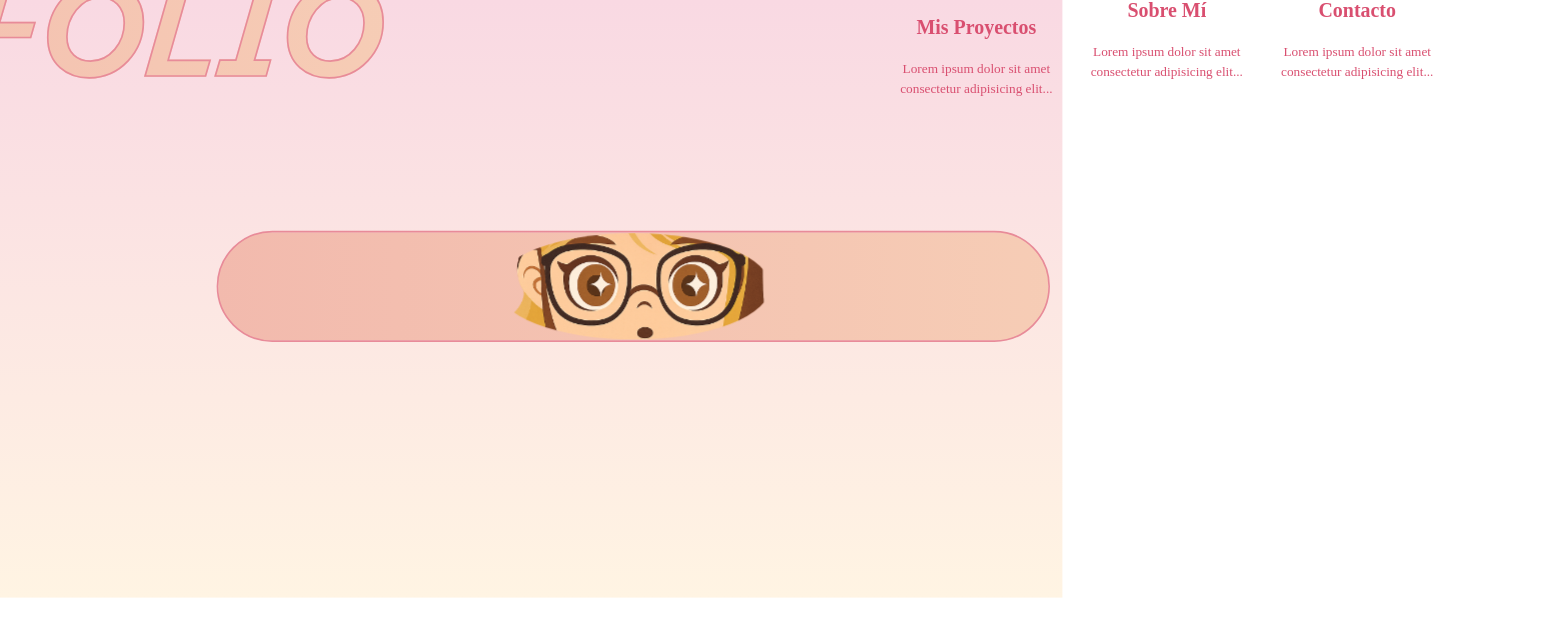
Repository: cflorido/Portafolio
Page: /
The author's editor kept a copy of each file at every save. The page is drawn from the files as they stood at one save, then again after the next save.
The browser window is 1280 px wide. The page is 1750 px wide, then 1887 px, then 1750 px, so the pictures cover 1887 px, including what lies to the right of the window. The pictures show the whole page, at 83% of full size.
Some web fonts or font styles are not loaded; a fallback is used. The project was rebuilt for these pictures with package versions that can differ from the ones it lists, and the page was loaded fresh each time. Also part of the build but not shown: vite.config.ts.

Above is the page before, as saved 2025-09-03 20:00:14.

After the next save:
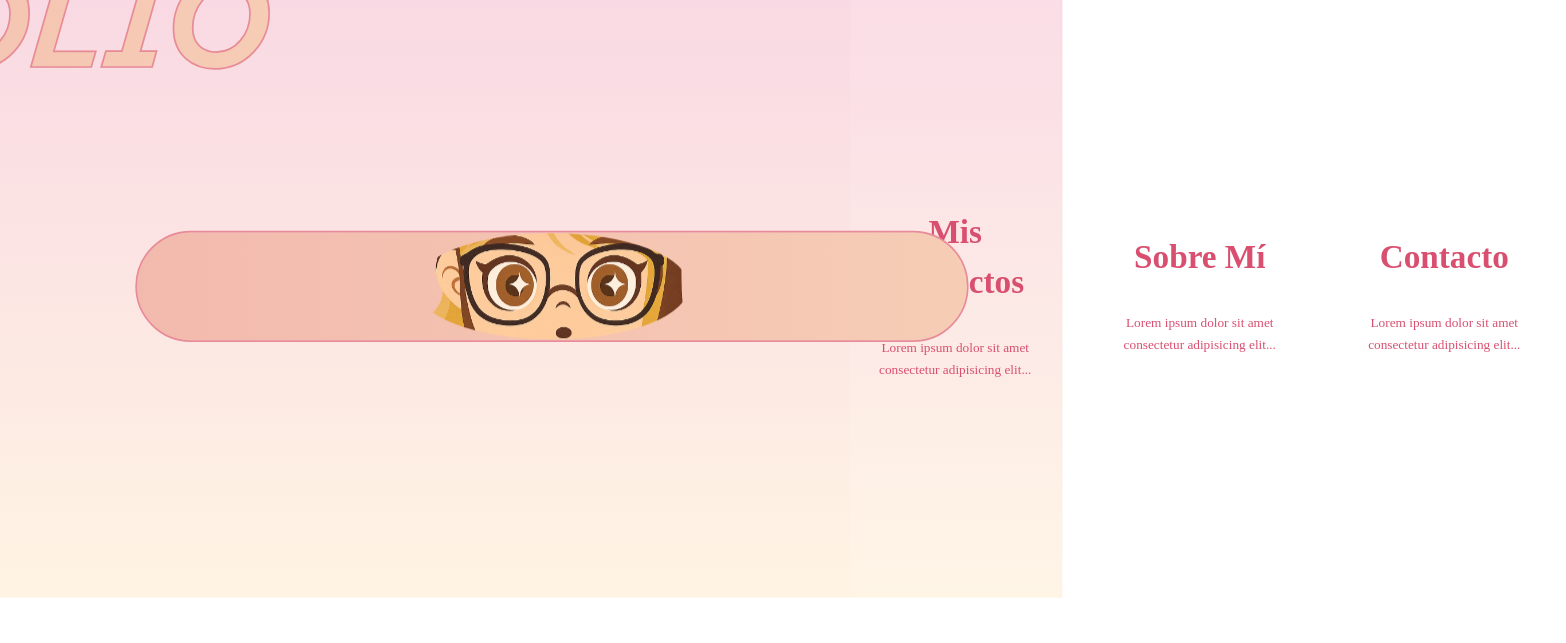
Saved 13 s later.
--- a/src/App.css
+++ b/src/App.css
@@ -237,3 +237,24 @@
 .dynamic-header.visible {
   transform: translateY(0);
 }
+
+section {
+  display: flex;
+  flex-direction: column;
+  justify-content: center;
+  align-items: center;
+  text-align: center;
+  background: rgba(255, 255, 255, 0.1);
+  border-radius: 20px;
+  margin: 20px;
+}
+
+section h2 {
+  font-size: 2.5rem;
+  margin-bottom: 20px;
+}
+
+section p {
+  max-width: 600px;
+  line-height: 1.6;
+}

After the save that followed:
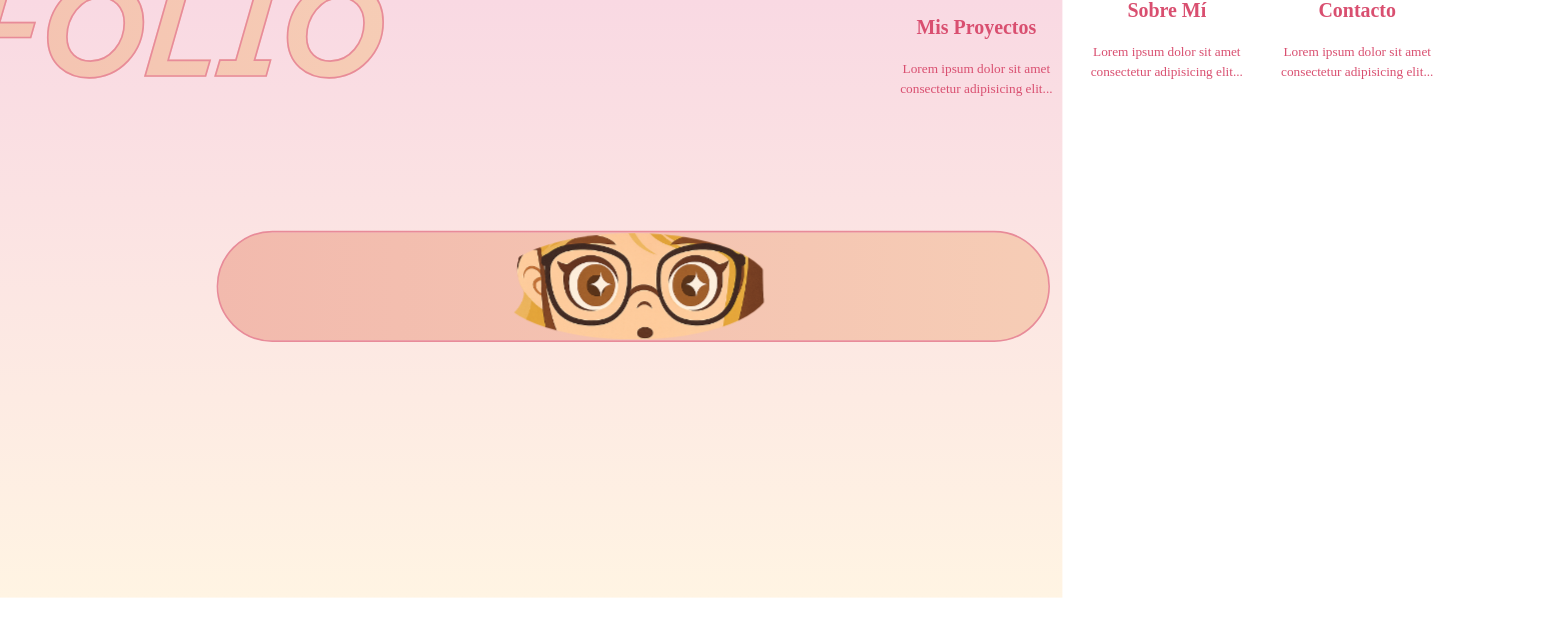
Saved 12 s later.
--- a/src/App.css
+++ b/src/App.css
@@ -237,24 +237,3 @@
 .dynamic-header.visible {
   transform: translateY(0);
 }
-
-section {
-  display: flex;
-  flex-direction: column;
-  justify-content: center;
-  align-items: center;
-  text-align: center;
-  background: rgba(255, 255, 255, 0.1);
-  border-radius: 20px;
-  margin: 20px;
-}
-
-section h2 {
-  font-size: 2.5rem;
-  margin-bottom: 20px;
-}
-
-section p {
-  max-width: 600px;
-  line-height: 1.6;
-}
